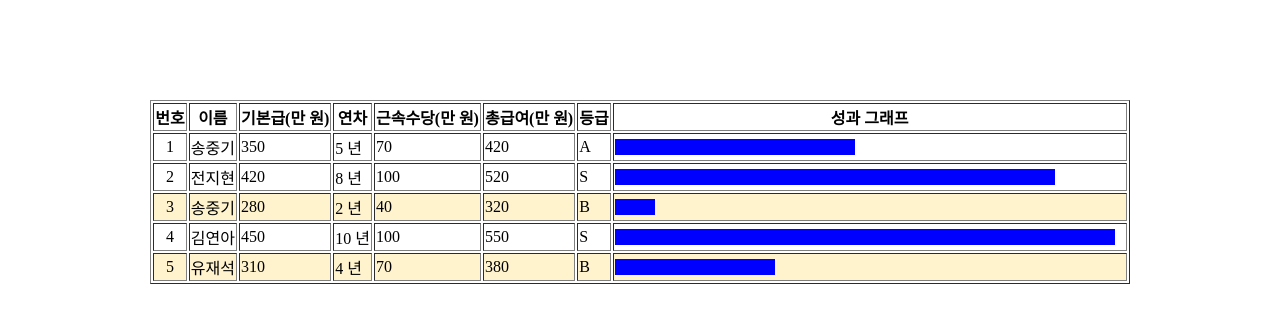
Repository: kkw3202/Jsp2026
Page: http://localhost/chapter01/exsample_salary.jsp
These files come from the project's save history. The page is drawn as it stood at one moment and after the next save; the edit follows.
The browser window is 1280 px wide. The pictures show the whole page.
The page is served by Tomcat 9.

Above is the page before, as saved 2026-10-16 07:38:02.

### chapter01/src/main/webapp/exsample_salary.jsp
<%@ page language="java" contentType="text/html; charset=UTF-8"
    pageEncoding="UTF-8" import="java.util.*"%>
<!DOCTYPE html>
<html>
<head>
<meta charset="UTF-8">
<title>Insert title here</title>
</head>
<body>
	<table border="1px" style="margin: 100px auto;">
		<thead>
			<tr>
				<th>번호</th>
				<th>이름</th>
				<th>기본급(만 원)</th>
				<th>연차</th>
				<th>근속수당(만 원)</th>
				<th>총급여(만 원)</th>
				<th>등급</th>
				<th>성과 그래프</th>
			</tr>
		</thead>
		<tbody>
			<%!
				String[] names = {"송중기","전지현","송중기","김연아","유재석"};
				int[] basePays = {350, 420, 280, 450, 310};
				int[] years = {5, 8, 2, 10, 4};
			%>

			<%!
				public int getBonus(int year){
					return (year >= 7 ? 100 :
								year >= 4 ? 70 : 40);
				}
				public int getTotalPay(int basePay, int bonus){
					return basePay + bonus;
				}
				public String getGrade(int totalPay){
					return (totalPay >= 500 ? "S" :
								totalPay >= 400 ? "A" :
									totalPay >= 300 ? "B" : "C");
				}
			%>

			<%
				for(int i = 0; i<names.length; i++){
					int bonus = getBonus(years[i]);
					int totalPay = getTotalPay(basePays[i], bonus);
			%>
			<tr style='background-color: <%= totalPay < 400 ? "#fff3cd" : "" %>' >
				<td style="padding: 0 5px; text-align: center;"><%= i+1 %></td>
				<td><%= names[i] %></td>
				<td><%= basePays[i] %></td>
				<td><%= years[i] %> 년</td>
				<td><%= bonus %></td>
				<td><%= totalPay %></td>
				<td><%= getGrade(totalPay) %></td>
				<td><div style='width: <%= (totalPay - 300)*2 %>px; height: 16px; background-color: blue; margin-right:10px;'></div></td>
			</tr>
			<%
				}
			%>

		</tbody>
	</table>
</body>
</html>

After the next save:
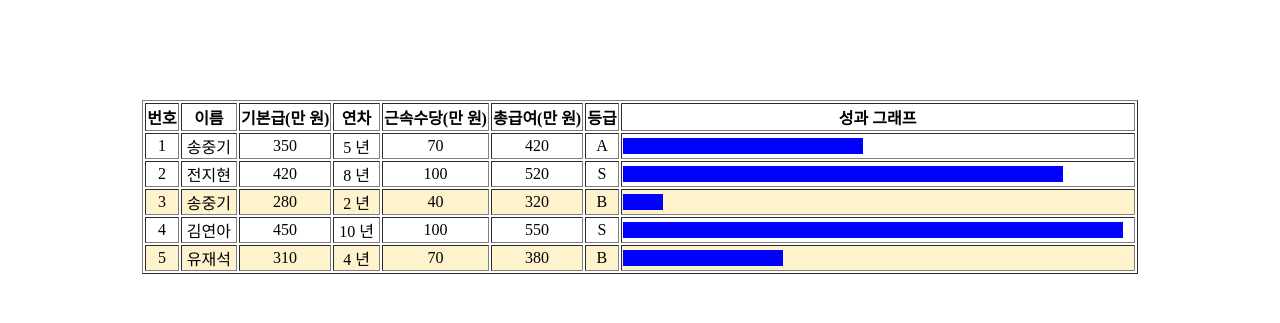
Saved 31 s later.
--- a/chapter01/src/main/webapp/exsample_salary.jsp
+++ b/chapter01/src/main/webapp/exsample_salary.jsp
@@ -49,12 +49,12 @@
 			%>
 			<tr style='background-color: <%= totalPay < 400 ? "#fff3cd" : "" %>' >
 				<td style="padding: 0 5px; text-align: center;"><%= i+1 %></td>
-				<td><%= names[i] %></td>
-				<td><%= basePays[i] %></td>
-				<td><%= years[i] %> 년</td>
-				<td><%= bonus %></td>
-				<td><%= totalPay %></td>
-				<td><%= getGrade(totalPay) %></td>
+				<td style="padding: 0 5px; text-align: center;"><%= names[i] %></td>
+				<td style="padding: 0 5px; text-align: center;"><%= basePays[i] %></td>
+				<td style="padding: 0 5px; text-align: center;"><%= years[i] %> 년</td>
+				<td style="padding: 0 5px; text-align: center;"><%= bonus %></td>
+				<td style="padding: 0 5px; text-align: center;"><%= totalPay %></td>
+				<td style="padding: 0 5px; text-align: center;"><%= getGrade(totalPay) %></td>
 				<td><div style='width: <%= (totalPay - 300)*2 %>px; height: 16px; background-color: blue; margin-right:10px;'></div></td>
 			</tr>
 			<%
